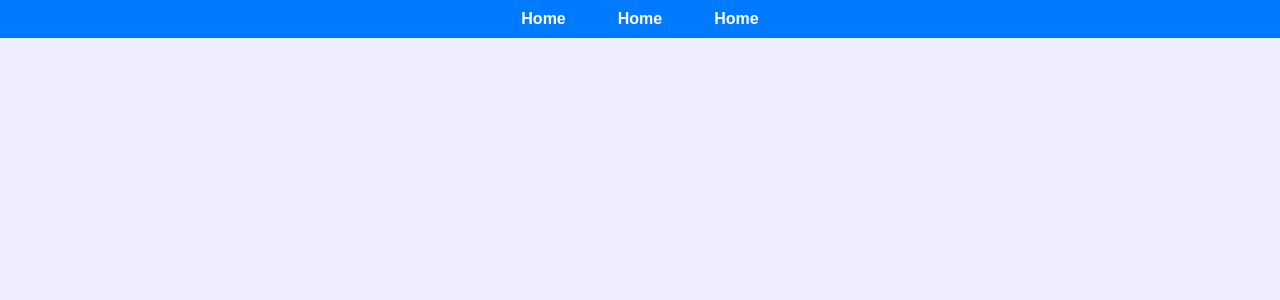
Repository: diegoeiti/Logica-Programacao
Page: http://localhost/paginas/verificarUsuario
The author's editor kept a copy of each file at every save. The page is drawn from the files as they stood at one save, then again after the next save.
The browser window is 1280 px wide. The pictures show the whole page.
The page is run by PHP 8.4 with error messages shown; the project is at /var/www/html/.

Above is the page before, as saved 2025-10-31 09:11:18.

After the next save:
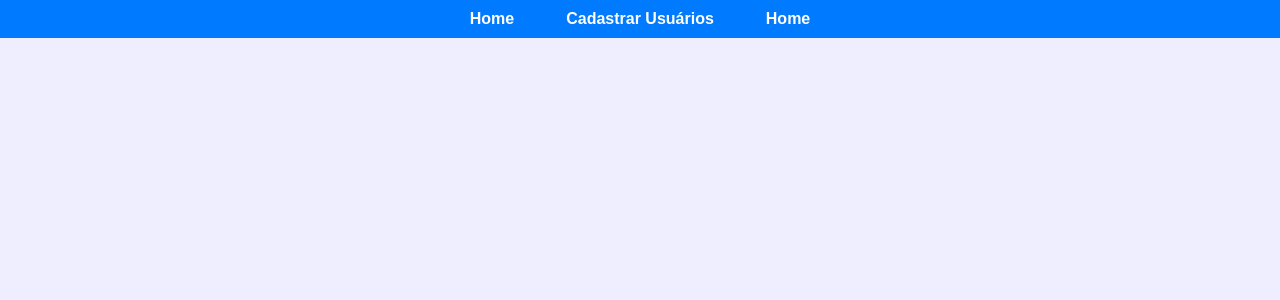
Saved 8 s later.
--- a/Modulo 3 - PHP/Aula 20 CRUDalunos/paginas/verificarUsuario.php
+++ b/Modulo 3 - PHP/Aula 20 CRUDalunos/paginas/verificarUsuario.php
@@ -12,7 +12,7 @@
         <nav>
             <ul>
                 <li><a href="..index/html">Home</a></li>
-                <li><a href="..index/html">Home</a></li>
+                <li><a href="..index/html">Cadastrar Usuários</a></li>
                 <li><a href="..index/html">Home</a></li>
             </ul>
         </nav>
